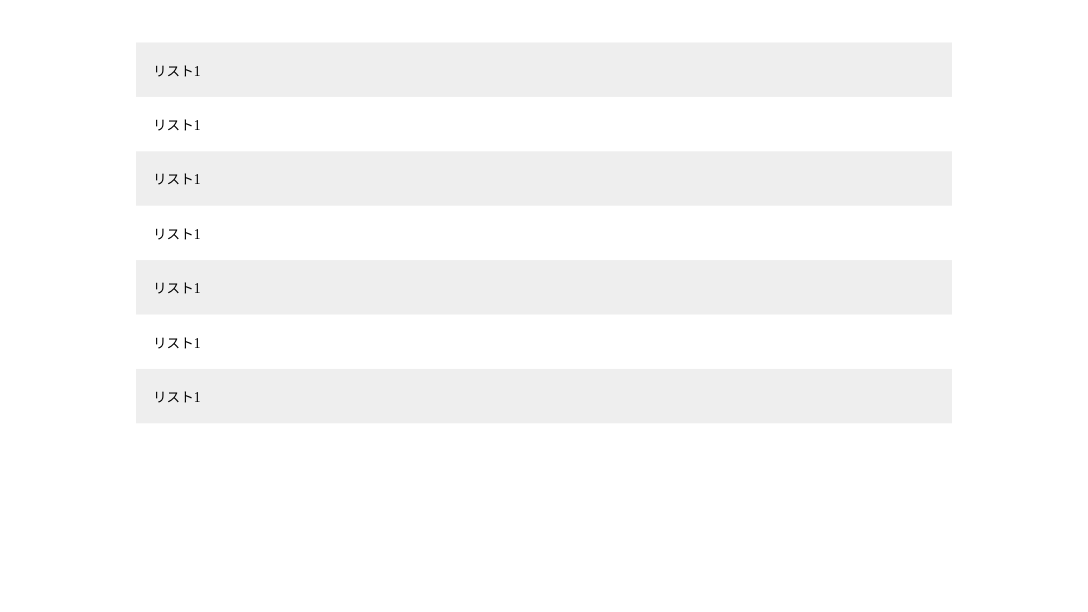
Repository: nyaaaaaaaaaaaaaa/chapter9-2
Page: chapter8/index.html
The author's editor kept a record of every edit. The page is drawn from the files as they stood at one moment, then again after the next edit.
The browser window is 1280 px wide. The pictures show the whole page, at 85% of full size.

Above is the page before.

After the next edit:
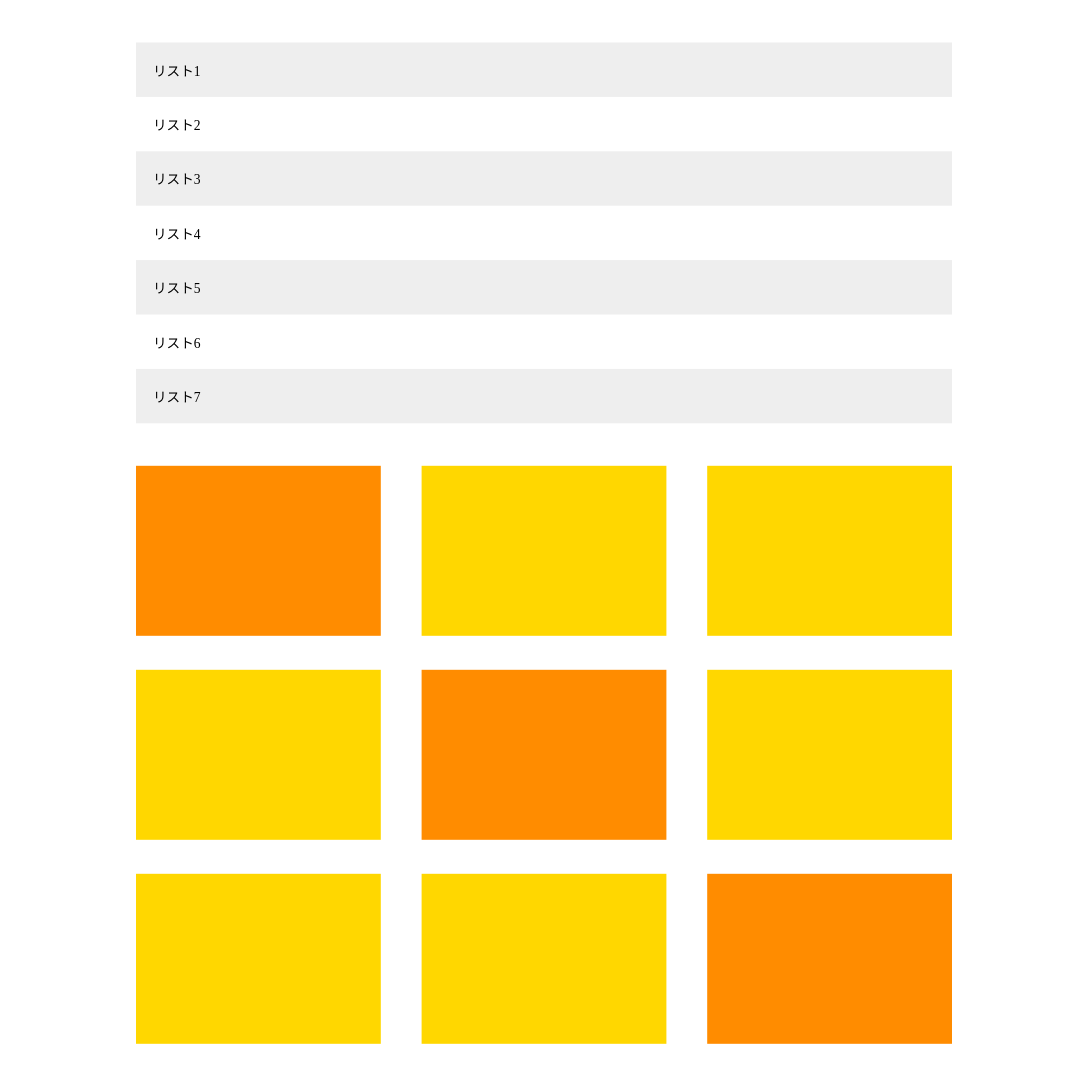
The edit:
--- a/chapter8/index.html
+++ b/chapter8/index.html
@@ -9,13 +9,24 @@
     <main>
       <ul class="item-list">
         <li class="item">リスト1</li>
-        <li class="item">リスト1</li>
-        <li class="item">リスト1</li>
-        <li class="item">リスト1</li>
-        <li class="item">リスト1</li>
-        <li class="item">リスト1</li>
-        <li class="item">リスト1</li>
+        <li class="item">リスト2</li>
+        <li class="item">リスト3</li>
+        <li class="item">リスト4</li>
+        <li class="item">リスト5</li>
+        <li class="item">リスト6</li>
+        <li class="item">リスト7</li>
       </ul>
+      <div class="box-list">
+        <div class="box"></div>
+        <div class="box"></div>
+        <div class="box"></div>
+        <div class="box"></div>
+        <div class="box"></div>
+        <div class="box"></div>
+        <div class="box"></div>
+        <div class="box"></div>
+        <div class="box"></div>
+      </div>
     </main>
   </body>
 </html>
